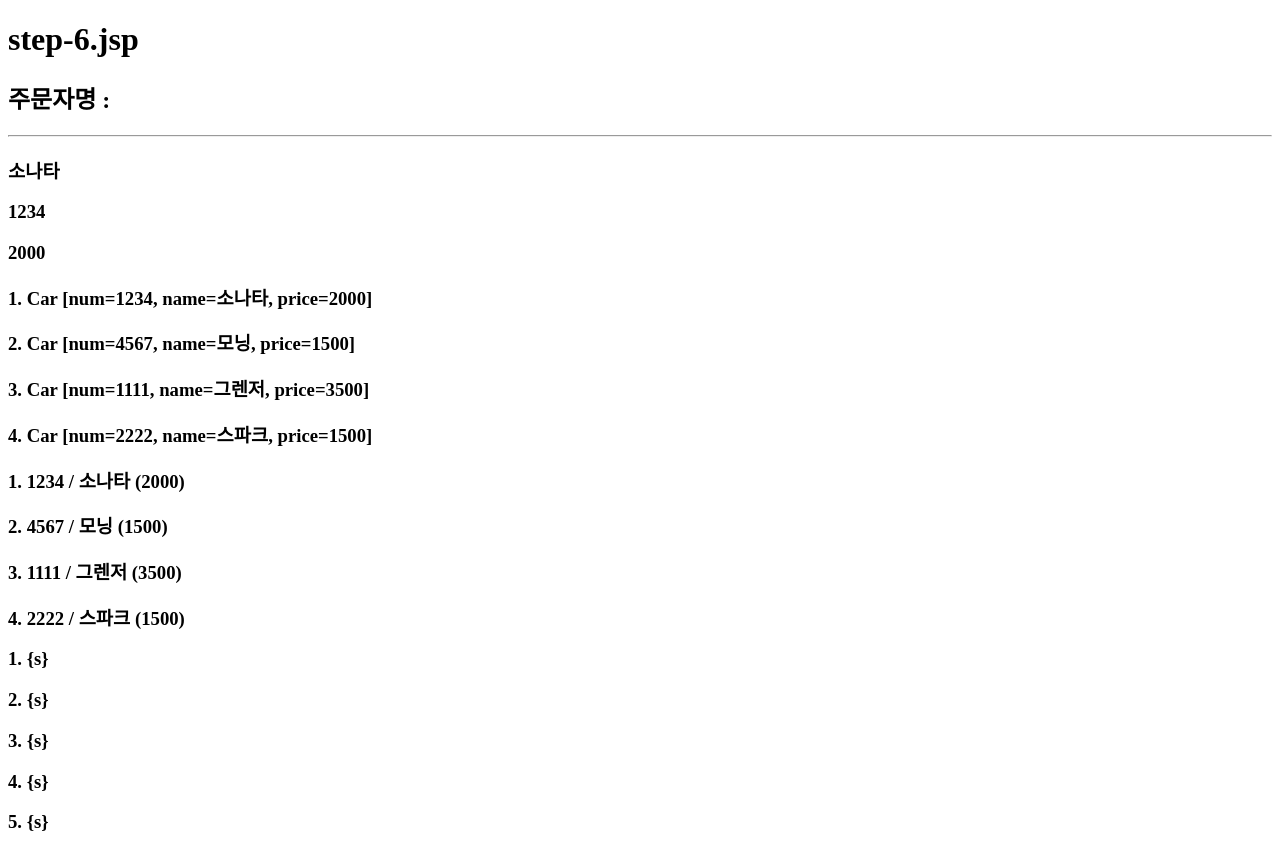
Repository: dtkd19/jsp-jstl_241021
Page: http://localhost/jstl_study/step-6.jsp
The author's editor kept a copy of each file at every save. The page is drawn from the files as they stood at one save, then again after the next save.
The browser window is 1280 px wide. The pictures show the whole page.
The page is served by Tomcat 9.

Above is the page before, as saved 2024-10-21 07:10:21.

After the next save:
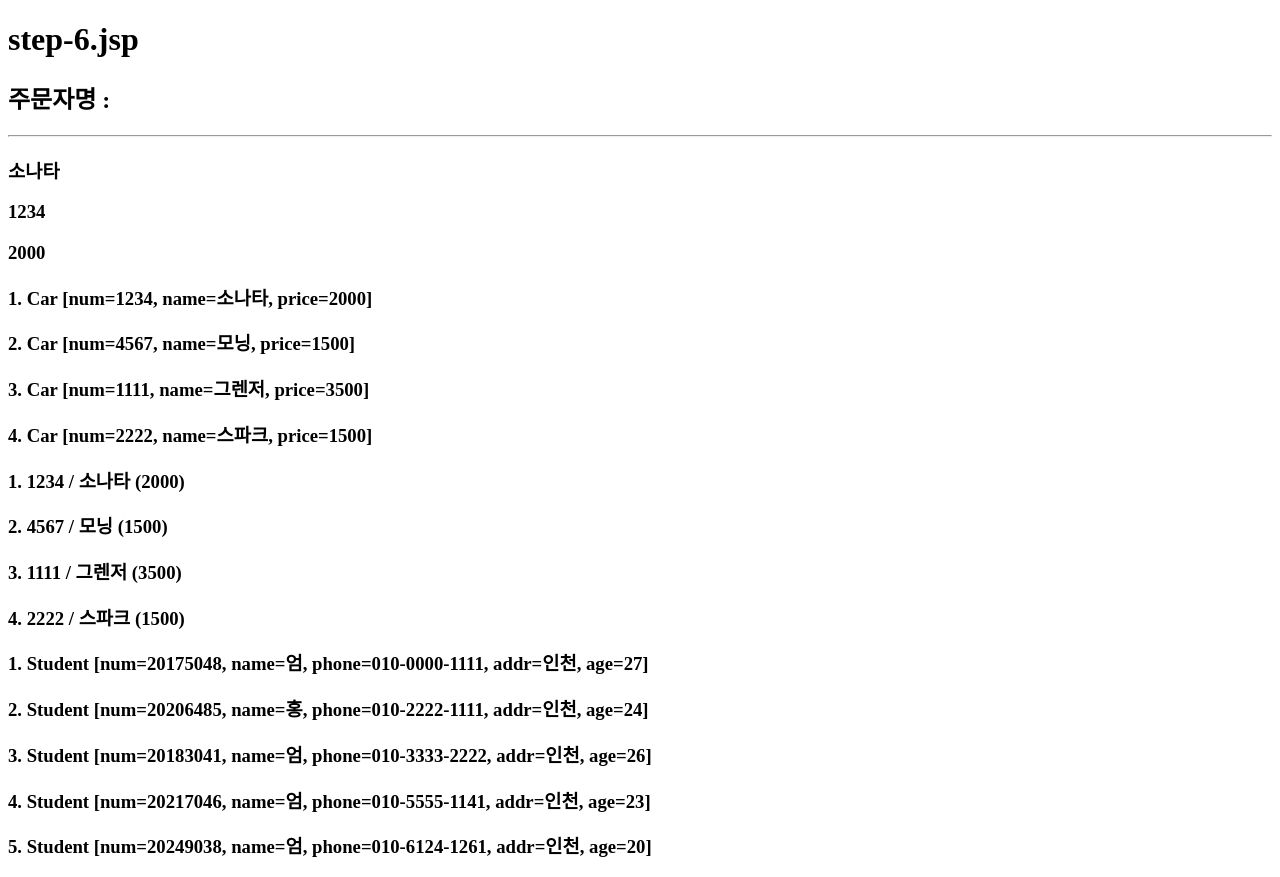
Saved 12 s later.
--- a/jstl_study/src/main/webapp/step-6.jsp
+++ b/jstl_study/src/main/webapp/step-6.jsp
@@ -67,7 +67,7 @@
 
 	<c:forEach items="${stuList }" var="s" varStatus="i">
 
-	<h3>${i.count }. {s}</h3>
+	<h3>${i.count }. ${s}</h3>
 
 	</c:forEach>
 
